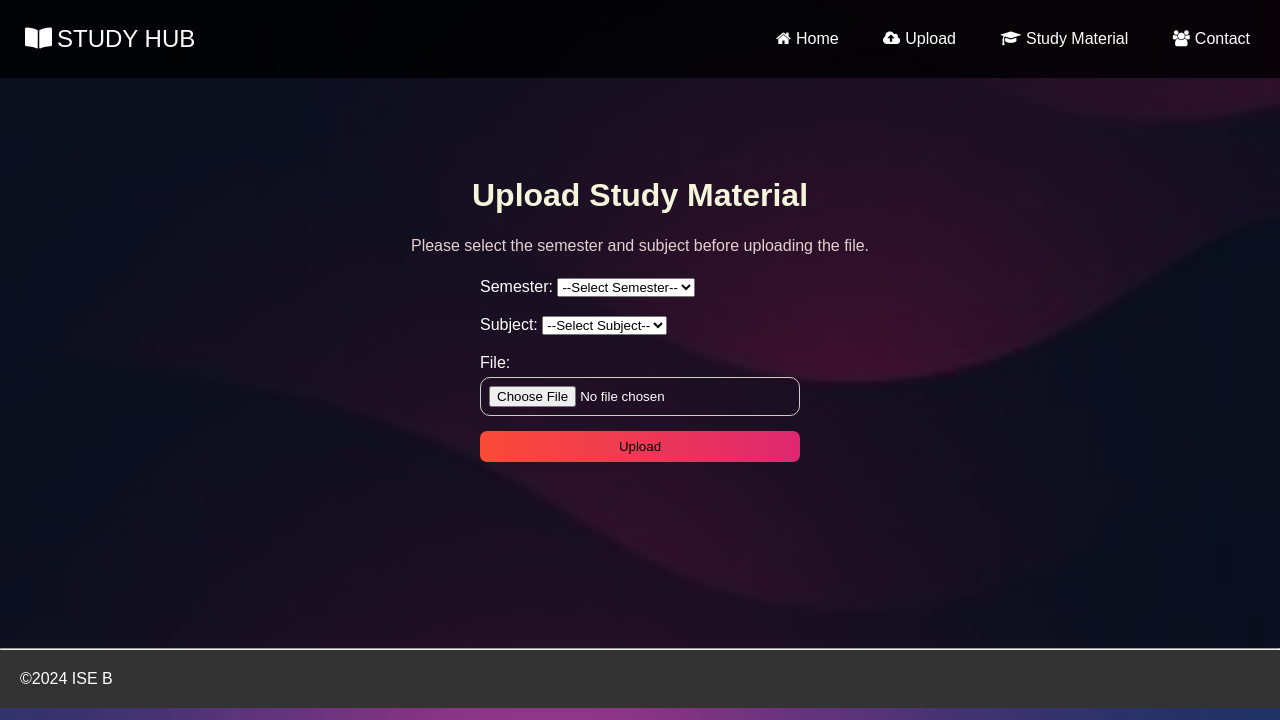
Repository: Acharya-Keerthana/Education
Page: http://localhost/education/upload.php
These files come from the project's save history. The page is drawn as it stood at one moment and after the next save; the edit follows.
The browser window is 1280 px wide. The pictures show the whole page.
Backgrounds fixed to the window are drawn as part of the page. The page is run by PHP 8.4 with error messages shown; the project is at /var/www/html/.

Above is the page before, as saved 2024-04-10 11:17:46.

### upload.php
<?php
include("database.php");
?>


<!DOCTYPE html>
<html lang="en">
<head>
    <meta charset="UTF-8">
    <meta name="viewport" content="width=device-width, initial-scale=1.0">
    <title>Upload</title>
    <link rel="stylesheet" href="https://cdnjs.cloudflare.com/ajax/libs/font-awesome/5.15.4/css/all.min.css">
    <link rel="stylesheet" href="https://maxcdn.bootstrapcdn.com/font-awesome/4.7.0/css/font-awesome.min.css">
    <style>

* {
    margin: 0;
    padding: 0;
    box-sizing: border-box;
    font-family: Arial, sans-serif;
}

body {
    height: 100vh;
    background: url('images/baground.jpg') no-repeat center center fixed;
    background-size: cover;
    color: #fff;
}

/* Navigation Styles */
.nav_bar {
    background-color: rgba(0, 0, 0, 0.8);
    overflow: hidden;
    padding: 10px;
    position: fixed;
    width: 100%;
    z-index: 999;
}

.logo {
    float: left;
    font-size: 1.5rem;
    padding: 15px;
    margin-right: 20px;
}
.logo i{
    margin-right:5px ;
}
nav {
    float: right;
}

nav a {
    color: #fff;
    display: inline-block;
    padding: 20px;
    text-decoration: none;
    transition: all 0.3s ease;
}
nav a i{
    margin-right: 5px;
}
nav a:hover {
    background-color: rgba(255, 255, 255, 0.308);
    border-radius: 5px;
}

/* Study Material Styles */
.studymaterial {
    align-items: center;
    background-color: rgba(0, 0, 0, 0.7);
    display: flex;
    flex-direction: column;
    height: 90vh;
    justify-content: center;
}

.studymaterial p {
    color: #e4d0d0;
    line-height: 1.5rem;
    margin: 20px 0;
    max-width: 500px;
    text-align: center;
}

.study_heading {
    color: #f5f5dc;
    font-size: 2rem;
}

.sem {
    align-items: center;
    background-color: hsla(0, 0%, 100%,0.2);
    border-radius: 40px;
    display: flex;
    flex-wrap: wrap;
    height: 30%;
    justify-content: center;
    overflow: hidden;
    width: 50%;
}

.sem_sec {
    box-sizing: border-box;
    padding: 10px;
    text-align: center;
    width: calc(100% / 3);
}

.sem_sec a {
    color: beige;
    display: block;
    font-size: 17px;
    letter-spacing: 0.5px;
    padding: 25px;
    position: relative;
    text-align: center;
    text-decoration: none;
    z-index: 0;
}

.sem_sec:hover {
    background: linear-gradient(to bottom, rgb(85, 10, 128), rgba(94, 4, 97, 0.979));
    color: white;
}

.form {
    background: linear-gradient(to bottom, rgba(45, 11, 100, 0.986), rgba(66, 5, 66, 0.5), rgba(86, 10, 105, 0.884));
    padding: 2rem;
    float: right;
   margin: 10px 100px 10px 0px ;
  border-radius: 20px;
  box-shadow: inset 0px 0px 25px rgba(0,0,0,0.2), 0 0 40px rgba(0,0,0,0.3);
}

.container {
    margin: 0 auto;
    width: 100%;
}

.heading {
    margin-bottom: 30px;
    padding-top: 10px;
    text-align: center;
}

.form-group {
    margin-bottom: 15px;
}

.form-group label {
    display: inline-block;
    margin-bottom: 5px;
}

.form-group input,
.form-group textarea {
    border: 1px solid #ccc;
    border-radius: 10px;
    padding: 8px;
    width: 100%;
}

.form-group textarea {
    resize: vertical;
}
.form_img {
        width: calc(50% - 20px);
        margin-left: 50px;
    }
.form_img img{
    max-width: 100%;
    height: auto;
    border-radius: 10px;
    object-fit: cover;
}

.submit-btn {
    background: linear-gradient(to right, #FA4B37, #DF2771);
    border: none;
    border-radius: 7px;
    color: black;
    cursor: pointer;
    display: inline-block;
    margin-bottom: 10px;
    padding: 8px;
    width: 20rem;
}

.submit-btn:hover {
    background: rgba(255, 255, 255, 0.767);
    color: #141414;
}




/* Footer styles */
footer {
    display: flex;
    justify-content: space-between;
    align-items: center;
    background-color: #333;
    padding: 20px;
    position: relative;
    animation: fadeIn 1s ease-in-out;
}

.logo1 {
    color: #fff;
    font-size: 24px;
    font-weight: bold;
    padding: 30px;
    margin-left: 20px;
}

.social_media {
    display: flex;
    gap: 10px;
}

.social_media a {
    width: 42px;
    height: 42px;
    background: hsla(0, 0%, 85.1%, .1);
    display: inline-flex;
    border-radius: 50%;
    margin-right: 5px;
    align-items: center;
    justify-content: center;
    line-height: 1;
    border: 1px solid hsla(0, 0%, 100%, .5);
    text-decoration: none;
}



footer p {
    font-weight: 400;
    font-size: 14px;
    color: #b8b8b8;
    letter-spacing: .5px;
    margin-top: 50px;
}





    </style>
</head>
<body>
    <div class="nav_bar">
        <div class="logo"><i class="fas fa-book-open"></i>STUDY HUB </div>
        <nav>
            <a href="index.html"><i class="fa fa-home"></i>Home</a>
            <a href="#upload"><i class="fa fa-cloud-upload"></i>Upload</a>
            <a href="index.html#study-material"><i class="fa fa-graduation-cap"></i>Study Material</a>
            <a href="index.html#contact"><i class="fa fa-users"></i>Contact</a>
        </nav>
    </div>

    <section class="study_sec" id="upload">
        <div class="studymaterial">
            <h1 class="study_heading">Upload Study Material</h1>
            <p>Please select the semester and subject before uploading the file.</p>
            <form action="upload.php" method="post" enctype="multipart/form-data">
            <div class="form-group">
                <label for="semester">Semester:</label>
                <select id="semester" name="semester">
                    <option value="">--Select Semester--</option>
                    <option value="3">3rd Semester</option>
                    <option value="4">4th Semester</option>
                    <option value="5">5th Semester</option>
                    <option value="6">6th Semester</option>
                    <option value="7">7th Semester</option>
                    <option value="8">8th Semester</option>
                </select>
            </div>
            <div class="form-group">
                <label for="subject">Subject:</label>
                <select id="subject" name="subject">
                    <option value="">--Select Subject--</option>
                </select>
            </div>
            <div class="form-group">
                <label for="file">File:</label>
                <input type="file" id="file" name="file" accept=".pdf, .doc, .docx, .jpg, .jpeg, .png,.ppt,.pptx">
            </div>
            <button type="submit" id="upload-btn" class="submit-btn" disabled>Upload</button>
        </form>
        </div>
    </section>
    <hr>
    <footer>
    &copy;2024 ISE B
    </footer>
    <script>
        const semesterSelect = document.getElementById("semester");
        const subjectSelect = document.getElementById("subject");
        const uploadBtn = document.getElementById("upload-btn");

        semesterSelect.addEventListener("change", () => {
            const semester = semesterSelect.value;
            if (semester === "") {
                subjectSelect.innerHTML = "<option value=''>--Select Subject--</option>";
                uploadBtn.disabled = true;
            } else {
                // You can replace this dummy data with actual data from your server.
                const subjectsBySemester = {
                    "3": ["Statistics and Probability Theory", "Object oriented language", "Introduction to Data Science", "Unix Shell and System Programming", "Previous year paper"],
                    "4": ["Linear Algerbra and its application", "Design and Analysis of Algorithm", "Internet and web programming", "Database management system", "Previous year paper"],
                    // Add subjects for other semesters as needed
                };

                subjectSelect.innerHTML = "<option value=''>--Select Subject--</option>";
                subjectsBySemester[semester].forEach(subject => {
                    subjectSelect.innerHTML += `<option value="${subject}">${subject}</option>`;
                });
                uploadBtn.disabled = false;
            }
        });

        subjectSelect.addEventListener("change", () => {
            if (subjectSelect.value === "") {
                uploadBtn.disabled = true;
            } else {
                uploadBtn.disabled = false;
            }
        });
    </script>
</body>
</html>

### database.php
<?php
error_reporting(0);
$servername="localhost";
$username="root";
$password="";
$database="education";

$conn=mysqli_connect($servername,$username,$password,$database);
if(!$conn){
die ("connection error".mysqli_connect_error());
}
/*else{
echo "conection successful<br>";
}*/

After the next save:
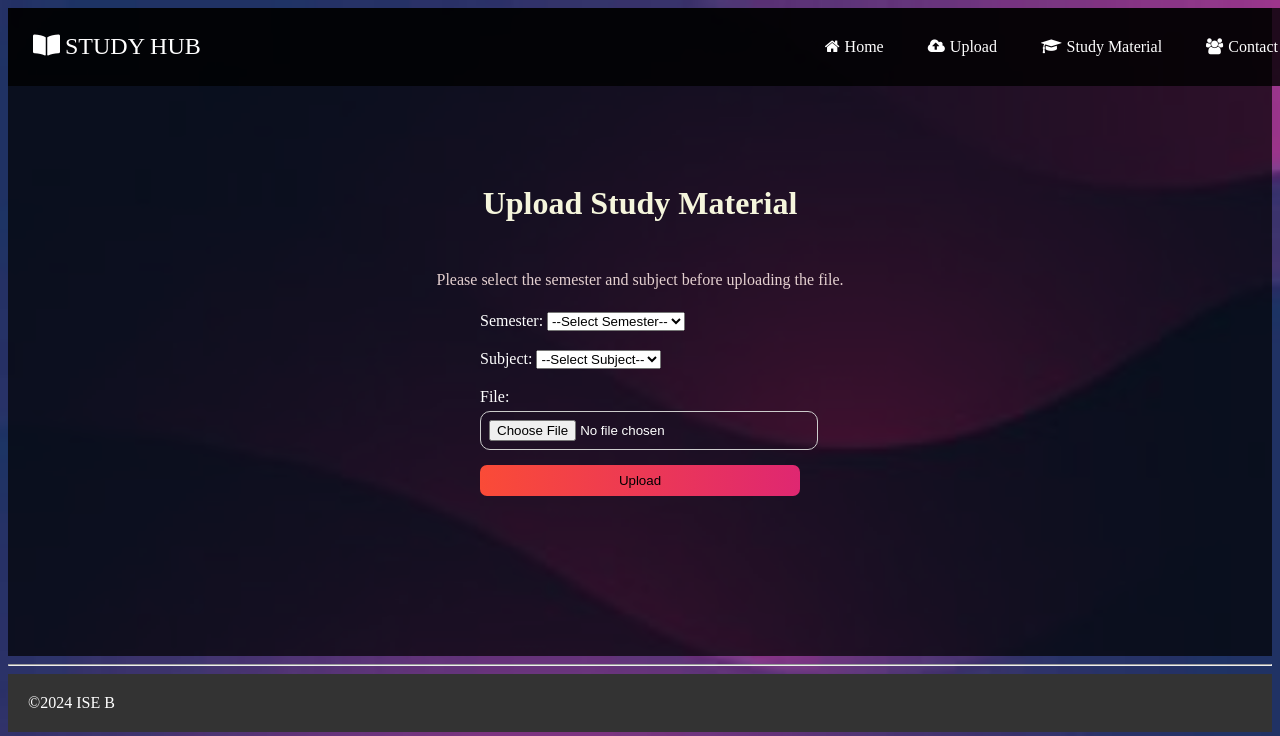
Saved 111 s later.
--- a/upload.php
+++ b/upload.php
@@ -12,13 +12,6 @@
     <link rel="stylesheet" href="https://cdnjs.cloudflare.com/ajax/libs/font-awesome/5.15.4/css/all.min.css">
     <link rel="stylesheet" href="https://maxcdn.bootstrapcdn.com/font-awesome/4.7.0/css/font-awesome.min.css">
     <style>
-
-* {
-    margin: 0;
-    padding: 0;
-    box-sizing: border-box;
-    font-family: Arial, sans-serif;
-}
 
 body {
     height: 100vh;

After the 2 saves that followed:
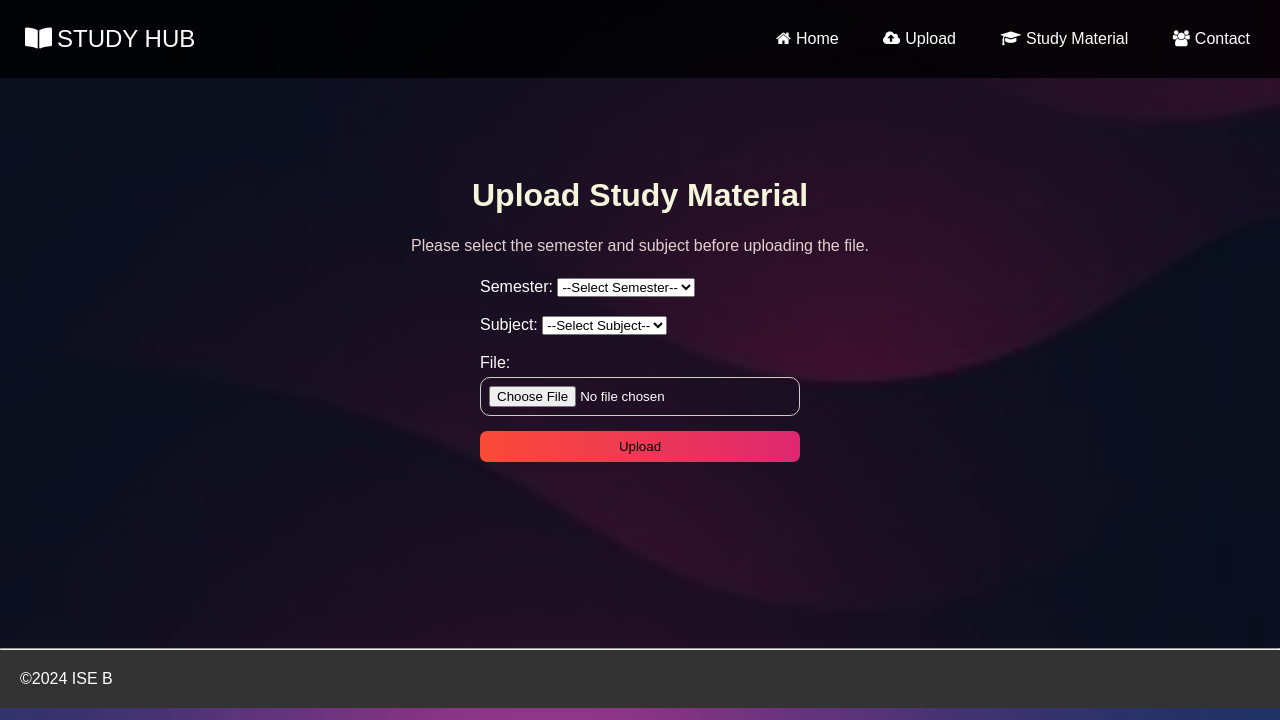
The 2 saves are shown as one change because 1 left the picture as it was.
The last was saved 30 s later.
--- a/upload.php
+++ b/upload.php
@@ -12,10 +12,16 @@
     <link rel="stylesheet" href="https://cdnjs.cloudflare.com/ajax/libs/font-awesome/5.15.4/css/all.min.css">
     <link rel="stylesheet" href="https://maxcdn.bootstrapcdn.com/font-awesome/4.7.0/css/font-awesome.min.css">
     <style>
+        * {
+    margin: 0;
+    padding: 0;
+    box-sizing: border-box;
+    font-family: Arial, sans-serif;
+}
 
 body {
     height: 100vh;
-    background: url('images/baground.jpg') no-repeat center center fixed;
+    background: url('baground.jpg') no-repeat center center fixed;
     background-size: cover;
     color: #fff;
 }
